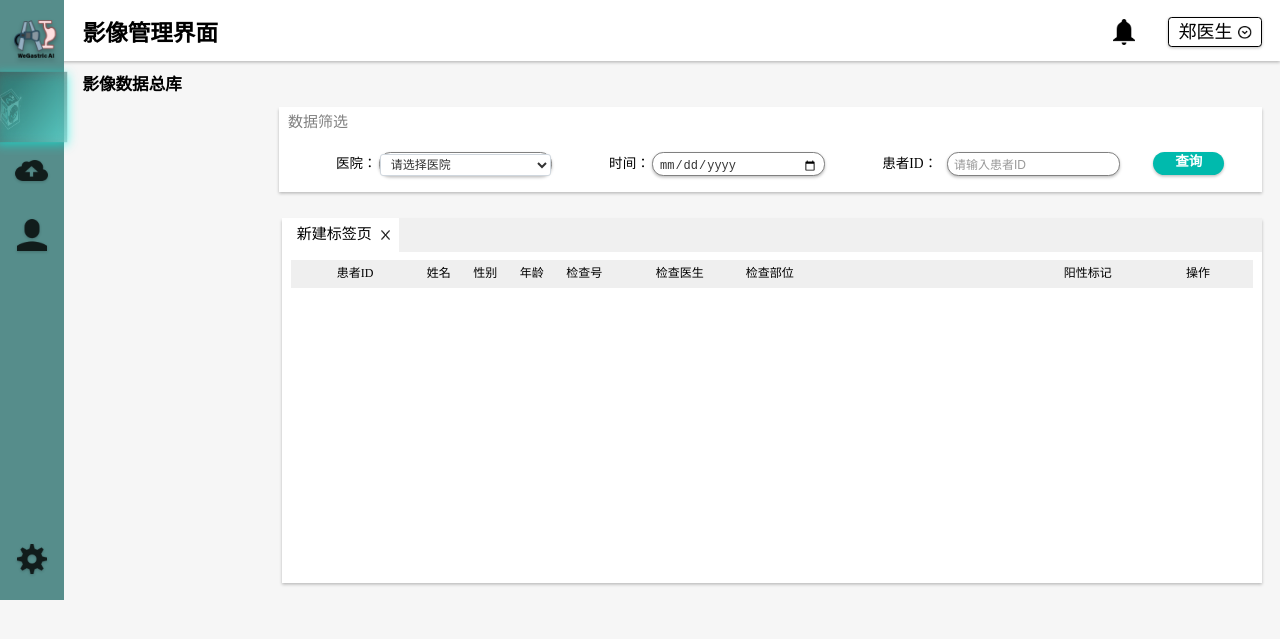
Repository: WuxuLemon/weichaosheng10.15
Page: /yishiduanyingxiangguanli_wushuju
These files come from the project's save history. The page is drawn as it stood at one moment and after the next save; the edit follows.
The browser window is 1280 px wide. The pictures show the whole page.
The project was rebuilt for these pictures with package versions that can differ from the ones it lists, and the page was loaded fresh each time. Also part of the build but not shown: vite.config.js, src/components/Dialog.vue, src/pages/kaishiyemian/kaishiyemian.vue, src/components/PatientHeader.vue, src/components/PatientSidebar.vue, src/pages/yonghuduangerenzhuye/yonghuduangerenzhuye.vue, src/pages/yonghuduanjiankangdangan/yonghuduanjiankangdangan.vue, src/pages/yonghuduanyuyuecanzeyishijiemian/yonghuduanyuyuecanzeyishijiemian.vue and 15 more.

Above is the page before, as saved 2025-10-10 22:29:15.

### index.html
<!DOCTYPE html>
<html lang="en">
  <head>
    <meta charset="UTF-8">
    <link rel="icon" href="/favicon.ico">
    <meta name="viewport" content="width=device-width, initial-scale=1.0, maximum-scale=1.0, user-scalable=no, viewport-fit=cover">
    <title>codefun</title>
  </head>
  <body>
    <div id="app"></div>
    <script type="module" src="/src/main.js"></script>
  </body>
</html>

### src/App.vue
<script setup>
  import { RouterView } from 'vue-router';
</script>

<template>
  <RouterView />
</template>

<style>
    /************************************************************
  ** 请将全局样式拷贝到项目的全局 CSS 文件或者当前页面的顶部 **
  ** 否则页面将无法正常显示                                  **
  ************************************************************/

  /* html font-size 由 rem-adapter.js 动态设置，实现自适应 */
  html {
    /* font-size 将由适配脚本根据屏幕宽度动态计算 */
  }

  body {
    margin: 0;
    font-family: -apple-system, BlinkMacSystemFont, 'Segoe UI', 'Roboto', 'Oxygen', 'Ubuntu', 'Cantarell', 'Fira Sans',
      'Droid Sans', 'Helvetica Neue', 'Microsoft Yahei', sans-serif;
  }

  body * {
    box-sizing: border-box;
    flex-shrink: 0;
  }

  #app {
    width: 100vw;
    height: 100vh;
  }

  .flex-row {
    display: flex;
    flex-direction: row;
  }

  .flex-col {
    display: flex;
    flex-direction: column;
  }

  .justify-start {
    justify-content: flex-start;
  }

  .justify-end {
    justify-content: flex-end;
  }

  .justify-center {
    justify-content: center;
  }

  .justify-between {
    justify-content: space-between;
  }

  .justify-around {
    justify-content: space-around;
  }

  .justify-evenly {
    justify-content: space-evenly;
  }

  .items-start {
    align-items: flex-start;
  }

  .items-end {
    align-items: flex-end;
  }

  .items-center {
    align-items: center;
  }

  .items-baseline {
    align-items: baseline;
  }

  .items-stretch {
    align-items: stretch;
  }

  .self-start {
    align-self: flex-start;
  }

  .self-end {
    align-self: flex-end;
  }

  .self-center {
    align-self: center;
  }

  .self-baseline {
    align-self: baseline;
  }

  .self-stretch {
    align-self: stretch;
  }

  .flex-1 {
    flex: 1 1 0%;
  }

  .flex-auto {
    flex: 1 1 auto;
  }

  .grow {
    flex-grow: 1;
  }

  .grow-0 {
    flex-grow: 0;
  }

  .shrink {
    flex-shrink: 1;
  }

  .shrink-0 {
    flex-shrink: 0;
  }

  .relative {
    position: relative;
  }

  .ml-2 {
    margin-left: 0.13rem;
  }

  .mt-2 {
    margin-top: 0.13rem;
  }

  .ml-4 {
    margin-left: 0.25rem;
  }

  .mt-4 {
    margin-top: 0.25rem;
  }

  .ml-6 {
    margin-left: 0.38rem;
  }

  .mt-6 {
    margin-top: 0.38rem;
  }

  .ml-8 {
    margin-left: 0.5rem;
  }

  .mt-8 {
    margin-top: 0.5rem;
  }

  .ml-10 {
    margin-left: 0.63rem;
  }

  .mt-10 {
    margin-top: 0.63rem;
  }

  .ml-12 {
    margin-left: 0.75rem;
  }

  .mt-12 {
    margin-top: 0.75rem;
  }

  .ml-14 {
    margin-left: 0.88rem;
  }

  .mt-14 {
    margin-top: 0.88rem;
  }

  .ml-16 {
    margin-left: 1rem;
  }

  .mt-16 {
    margin-top: 1rem;
  }

  .ml-18 {
    margin-left: 1.13rem;
  }

  .mt-18 {
    margin-top: 1.13rem;
  }

  .ml-20 {
    margin-left: 1.25rem;
  }

  .mt-20 {
    margin-top: 1.25rem;
  }

  .ml-22 {
    margin-left: 1.38rem;
  }

  .mt-22 {
    margin-top: 1.38rem;
  }

  .ml-24 {
    margin-left: 1.5rem;
  }

  .mt-24 {
    margin-top: 1.5rem;
  }

  .ml-26 {
    margin-left: 1.63rem;
  }

  .mt-26 {
    margin-top: 1.63rem;
  }

  .ml-28 {
    margin-left: 1.75rem;
  }

  .mt-28 {
    margin-top: 1.75rem;
  }

  .ml-30 {
    margin-left: 1.88rem;
  }

  .mt-30 {
    margin-top: 1.88rem;
  }

  .ml-32 {
    margin-left: 2rem;
  }

  .mt-32 {
    margin-top: 2rem;
  }

  .ml-34 {
    margin-left: 2.13rem;
  }

  .mt-34 {
    margin-top: 2.13rem;
  }

  .ml-36 {
    margin-left: 2.25rem;
  }

  .mt-36 {
    margin-top: 2.25rem;
  }

  .ml-38 {
    margin-left: 2.38rem;
  }

  .mt-38 {
    margin-top: 2.38rem;
  }

  .ml-40 {
    margin-left: 2.5rem;
  }

  .mt-40 {
    margin-top: 2.5rem;
  }

  .ml-42 {
    margin-left: 2.63rem;
  }

  .mt-42 {
    margin-top: 2.63rem;
  }

  .ml-44 {
    margin-left: 2.75rem;
  }

  .mt-44 {
    margin-top: 2.75rem;
  }

  .ml-46 {
    margin-left: 2.88rem;
  }

  .mt-46 {
    margin-top: 2.88rem;
  }

  .ml-48 {
    margin-left: 3rem;
  }

  .mt-48 {
    margin-top: 3rem;
  }

  .ml-50 {
    margin-left: 3.13rem;
  }

  .mt-50 {
    margin-top: 3.13rem;
  }

  .ml-52 {
    margin-left: 3.25rem;
  }

  .mt-52 {
    margin-top: 3.25rem;
  }

  .ml-54 {
    margin-left: 3.38rem;
  }

  .mt-54 {
    margin-top: 3.38rem;
  }

  .ml-56 {
    margin-left: 3.5rem;
  }

  .mt-56 {
    margin-top: 3.5rem;
  }

  .ml-58 {
    margin-left: 3.63rem;
  }

  .mt-58 {
    margin-top: 3.63rem;
  }

  .ml-60 {
    margin-left: 3.75rem;
  }

  .mt-60 {
    margin-top: 3.75rem;
  }

  .ml-62 {
    margin-left: 3.88rem;
  }

  .mt-62 {
    margin-top: 3.88rem;
  }

  .ml-64 {
    margin-left: 4rem;
  }

  .mt-64 {
    margin-top: 4rem;
  }

  .ml-66 {
    margin-left: 4.13rem;
  }

  .mt-66 {
    margin-top: 4.13rem;
  }

  .ml-68 {
    margin-left: 4.25rem;
  }

  .mt-68 {
    margin-top: 4.25rem;
  }

  .ml-70 {
    margin-left: 4.38rem;
  }

  .mt-70 {
    margin-top: 4.38rem;
  }

  .ml-72 {
    margin-left: 4.5rem;
  }

  .mt-72 {
    margin-top: 4.5rem;
  }

  .ml-74 {
    margin-left: 4.63rem;
  }

  .mt-74 {
    margin-top: 4.63rem;
  }

  .ml-76 {
    margin-left: 4.75rem;
  }

  .mt-76 {
    margin-top: 4.75rem;
  }

  .ml-78 {
    margin-left: 4.88rem;
  }

  .mt-78 {
    margin-top: 4.88rem;
  }

  .ml-80 {
    margin-left: 5rem;
  }

  .mt-80 {
    margin-top: 5rem;
  }

  .ml-82 {
    margin-left: 5.13rem;
  }

  .mt-82 {
    margin-top: 5.13rem;
  }

  .ml-84 {
    margin-left: 5.25rem;
  }

  .mt-84 {
    margin-top: 5.25rem;
  }

  .ml-86 {
    margin-left: 5.38rem;
  }

  .mt-86 {
    margin-top: 5.38rem;
  }

  .ml-88 {
    margin-left: 5.5rem;
  }

  .mt-88 {
    margin-top: 5.5rem;
  }

  .ml-90 {
    margin-left: 5.63rem;
  }

  .mt-90 {
    margin-top: 5.63rem;
  }

  .ml-92 {
    margin-left: 5.75rem;
  }

  .mt-92 {
    margin-top: 5.75rem;
  }

  .ml-94 {
    margin-left: 5.88rem;
  }

  .mt-94 {
    margin-top: 5.88rem;
  }

  .ml-96 {
    margin-left: 6rem;
  }

  .mt-96 {
    margin-top: 6rem;
  }

  .ml-98 {
    margin-left: 6.13rem;
  }

  .mt-98 {
    margin-top: 6.13rem;
  }

  .ml-100 {
    margin-left: 6.25rem;
  }

  .mt-100 {
    margin-top: 6.25rem;
  }
</style>

### src/pages/yishiduanyingxiangguanli_wushuju/yishiduanyingxiangguanli_wushuju.vue
<script setup>
  import { useRouter } from 'vue-router';
  import { reactive } from 'vue';
  import DoctorHeader from '../../components/DoctorHeader.vue';
  import DoctorSidebar from '../../components/DoctorSidebar.vue';

  const props = defineProps({});

  const router = useRouter();

  // 搜索表单数据
  const searchForm = reactive({
    hospital: '',
    time: '',
    patientId: ''
  });

  // 医院选项列表
  const hospitalOptions = [
    '潮南民生医院',
    '潮阳区西胪镇卫生院',
    '潮阳区大峰医院'
  ];

  // 搜索查询
  const handleSearch = () => {
    // 验证必填字段（患者ID改为非必填）
    if (!searchForm.hospital) {
      alert('请选择医院');
      return;
    }
    if (!searchForm.time) {
      alert('请选择时间');
      return;
    }
    // 患者ID为非必填项，可以为空
    // 跳转到有数据页面
    router.push('/yishiduanyingxiagguanli_youshuju');
  };
</script>

<template>
  <div class="flex-col justify-start relative page">
    <div class="flex-col justify-start relative group">
      <DoctorHeader username="郑医生" />
      <DoctorSidebar
        :icons="{
          imageManagement: '/38613669de93514860085073aeb36bf7.png',
          aiAnalysis: '/6bf0725bccf09ab50326902f5a6b74e9.png',
          dataLibrary: '/16c621b9ca6c7b6992be19a88ebbb482.png',
          settings: '/c4e478531ee76689a7b3fae7643a7faa.png'
        }"
      />
      <img
        class="image pos_2"
        src="/404328c3067e67794ebad8ca57c1c196.png"
      />
      <span class="text pos_3">影像管理界面</span>
      <span class="text_3 pos_4">影像数据总库</span>
    </div>
    <div class="flex-col section_4 pos_5">
      <span class="self-start font text_4">数据筛选</span>
      <div class="flex-row self-stretch group_2 mt-29">
        <div class="flex-row items-center">
          <span class="font_2">医院：</span>
          <div class="shrink-0 section_5 ml-3">
            <select
              v-model="searchForm.hospital"
              class="search-input"
            >
              <option value="">请选择医院</option>
              <option v-for="hospital in hospitalOptions" :key="hospital" :value="hospital">
                {{ hospital }}
              </option>
            </select>
          </div>
        </div>
        <div class="flex-row items-center group_3">
          <span class="font_2 text_5">时间：</span>
          <div class="shrink-0 section_5 ml-3">
            <input
              v-model="searchForm.time"
              type="date"
              class="search-input"
            />
          </div>
        </div>
        <div class="flex-row items-center group_4">
          <span class="font_2 text_6">患者ID：</span>
          <div class="shrink-0 section_5 ml-13">
            <input
              v-model="searchForm.patientId"
              type="text"
              class="search-input"
              placeholder="请输入患者ID"
            />
          </div>
        </div>
        <div class="flex-col justify-start items-center text-wrapper" @click="handleSearch" style="cursor: pointer;">
          <span class="font_2 text_7">查询</span>
        </div>
      </div>
    </div>
    <div class="flex-col section_6 pos_6">
      <div class="flex-row items-center group_5">
        <span class="font text_8">新建标签页</span>
        <img
          class="ml-12 shrink-0 image_7"
          src="/5f77939f9d70648dcbdff2d524532d40.png"
        />
        <div class="ml-12 flex-1 section_7"></div>
      </div>
      <div class="flex-row justify-between section_8">
        <div class="flex-row">
          <span class="font_3 text_9">患者ID</span>
          <div class="flex-row shrink-0 ml-71">
            <span class="font_3 text_10">姓名</span>
            <span class="ml-30 font_3 text_11">性别</span>
            <span class="ml-30 font_3 text_12">年龄</span>
            <span class="ml-30 font_3">检查号</span>
          </div>
          <div class="flex-row shrink-0 ml-71">
            <span class="font_3">检查医生</span>
            <span class="ml-56 font_3">检查部位</span>
          </div>
        </div>
        <div class="flex-row">
          <span class="font_3 text_13">阳性标记</span>
          <span class="font_3 text_14 ml-99">操作</span>
        </div>
      </div>
    </div>
  </div>
</template>

<style scoped lang="css">
  .mt-29 {
    margin-top: 1.81rem;
  }
  .ml-3 {
    margin-left: 0.19rem;
  }
  .ml-13 {
    margin-left: 0.81rem;
  }
  .ml-71 {
    margin-left: 4.44rem;
  }
  .ml-99 {
    margin-left: 6.19rem;
  }
  .page {
    background-color: #e5e5e559;
    width: 100%;
    overflow-y: auto;
    overflow-x: hidden;
    height: 100%;
  }
  .group {
    padding-bottom: 44.94rem;
  }
  .section {
    padding: 1.44rem 1.5rem 1.13rem;
    background-color: #ffffff;
    box-shadow: 0rem 0.13rem 0.25rem #00000040;
  }
  .image_2 {
    width: 1.88rem;
    height: 2.13rem;
  }
  .section_3 {
    padding: 0.5rem 0.75rem;
    filter: drop-shadow(0rem 0.13rem 0.13rem #00000040);
    background-color: #ffffff;
    border-radius: 0.31rem;
    height: 2.5rem;
    border-left: solid 0.063rem #000000;
    border-right: solid 0.063rem #000000;
    border-top: solid 0.063rem #000000;
    border-bottom: solid 0.063rem #000000;
  }
  .text_2 {
    color: #000000;
    font-size: 1.5rem;
    font-family: SourceHanSansCN;
    line-height: 1.38rem;
  }
  .image_3 {
    margin-right: 0.13rem;
    width: 1.13rem;
    height: 1.06rem;
  }
  .section_2 {
    padding: 6.25rem 0 2.19rem;
    background-color: #568d8b;
  }
  .pos {
    position: absolute;
    left: 0;
    top: 0;
  }
  .image_4 {
    opacity: 0.8;
    filter: drop-shadow(0rem 0.13rem 0.13rem #00000040);
    width: 5.31rem;
    height: 5.31rem;
  }
  .image_5 {
    margin-top: 1.75rem;
    width: 2.75rem;
    height: 1.81rem;
  }
  .image_6 {
    margin-top: 3.13rem;
    width: 2.5rem;
    height: 2.63rem;
  }
  .image_8 {
    margin-top: 24.44rem;
    width: 2.5rem;
    height: 2.5rem;
  }
  .image {
    filter: drop-shadow(0rem 0.25rem 0.19rem #00000040);
    width: 11rem;
    height: 11rem;
  }
  .pos_2 {
    position: absolute;
    left: -2.5rem;
    top: -2.5rem;
  }
  .text {
    color: #000000;
    font-size: 1.88rem;
    font-family: SourceHanSansCN;
    font-weight: 700;
    line-height: 1.79rem;
  }
  .pos_3 {
    position: absolute;
    left: 6.89rem;
    top: 1.88rem;
  }
  .text_3 {
    color: #000000;
    font-size: 1.38rem;
    font-family: SourceHanSansCN;
    font-weight: 700;
    line-height: 1.3rem;
  }
  .pos_4 {
    position: absolute;
    left: 6.87rem;
    top: 6.45rem;
  }
  .section_4 {
    padding: 0.75rem 0.75rem 1.38rem;
    background-color: #ffffff;
    box-shadow: 0rem 0.13rem 0.25rem #00000040;
  }
  .pos_5 {
    position: absolute;
    right: 1.5rem;
    top: 8.94rem;
  }
  .font {
    font-size: 1.25rem;
    font-family: SourceHanSansCN;
    line-height: 1.16rem;
  }
  .text_4 {
    color: #808080;
  }
  .group_2 {
    padding-left: 4rem;
    padding-right: 2.38rem;
  }
  .font_2 {
    font-size: 1.13rem;
    font-family: SourceHanSansCN;
    line-height: 1.04rem;
    color: #000000;
  }
  .section_5 {
    background-color: #ffffff;
    border-radius: 0.94rem;
    box-shadow: 0rem 0.13rem 0.25rem #00000040;
    width: 14.44rem;
    height: 2rem;
    border-left: solid 0.063rem #808080;
    border-right: solid 0.063rem #808080;
    border-top: solid 0.063rem #808080;
    border-bottom: solid 0.063rem #808080;
  }
  .group_3 {
    margin-left: 4.75rem;
  }
  .text_5 {
    line-height: 1.03rem;
  }
  .group_4 {
    margin-left: 4.75rem;
  }
  .text_6 {
    line-height: 1.03rem;
  }
  .text-wrapper {
    margin-left: 2.75rem;
    padding: 0.38rem 0 0.5rem;
    background-color: #00baad;
    border-radius: 1.36rem;
    box-shadow: 0rem 0.13rem 0.25rem #00000040;
    width: 5.94rem;
    height: 1.94rem;
  }
  .text_7 {
    color: #ffffff;
    font-weight: 700;
    line-height: 1.05rem;
  }
  .section_6 {
    padding-left: 0.75rem;
    padding-bottom: 24.63rem;
    background-color: #ffffff;
    box-shadow: 0rem 0.13rem 0.25rem #00000040;
    width: 81.69rem;
  }
  .pos_6 {
    position: absolute;
    right: 1.5rem;
    top: 18.13rem;
  }
  .group_5 {
    padding-left: 0.5rem;
    padding-bottom: 0.63rem;
  }
  .text_8 {
    color: #000000;
  }
  .image_7 {
    width: 0.81rem;
    height: 0.81rem;
  }
  .section_7 {
    background-color: #f0f0f0;
    height: 2.88rem;
  }
  .section_8 {
    margin-right: 0.75rem;
    padding: 0.63rem 3.5rem 0.63rem 3.75rem;
    background-color: #e5e5e599;
    border-left: solid 0.063rem #efefef;
    border-right: solid 0.063rem #efefef;
    border-top: solid 0.063rem #efefef;
    border-bottom: solid 0.063rem #efefef;
  }
  .font_3 {
    font-size: 1rem;
    font-family: SourceHanSansCN;
    line-height: 0.93rem;
    color: #000000;
  }
  .text_9 {
    line-height: 0.92rem;
  }
  .text_10 {
    line-height: 0.92rem;
  }
  .text_11 {
    line-height: 0.92rem;
  }
  .text_12 {
    line-height: 0.93rem;
  }
  .text_13 {
    line-height: 0.92rem;
  }
  .text_14 {
    line-height: 0.92rem;
  }

  /* 下拉菜单样式 */
  .dropdown-menu {
    position: absolute;
    top: 100%;
    right: 0;
    margin-top: 0.5rem;
    background: white;
    border-radius: 0.5rem;
    box-shadow: 0 0.25rem 0.5rem rgba(0, 0, 0, 0.2);
    min-width: 10rem;
    z-index: 1000;
  }

  .dropdown-item {
    padding: 0.75rem 1rem;
    cursor: pointer;
    transition: background-color 0.3s;
    font-size: 1rem;
    color: #333;
  }

  .dropdown-item:hover {
    background-color: #f0f0f0;
  }

  .dropdown-item:first-child {
    border-radius: 0.5rem 0.5rem 0 0;
  }

  .dropdown-item:last-child {
    border-radius: 0 0 0.5rem 0.5rem;
  }

  /* 通知中心样式 */
  .notification-panel {
    position: absolute;
    top: 100%;
    right: 10rem;
    margin-top: 0.5rem;
    background: white;
    border-radius: 0.5rem;
    box-shadow: 0 0.25rem 0.5rem rgba(0, 0, 0, 0.2);
    width: 25rem;
    max-height: 30rem;
    overflow-y: auto;
    z-index: 1000;
  }

  .notification-header {
    display: flex;
    justify-content: space-between;
    align-items: center;
    padding: 1rem;
    border-bottom: 1px solid #e5e5e5;
    font-weight: 600;
    font-size: 1.1rem;
  }

  .clear-btn {
    color: #00baad;
    cursor: pointer;
    font-size: 0.9rem;
    font-weight: normal;
  }

  .clear-btn:hover {
    text-decoration: underline;
  }

  .notification-list {
    max-height: 25rem;
    overflow-y: auto;
  }

  .notification-item {
    padding: 0.75rem 1rem;
    border-bottom: 1px solid #f0f0f0;
    cursor: pointer;
    transition: background-color 0.3s;
  }

  .notification-item:hover {
    background-color: #f9f9f9;
  }

  .notification-item.unread {
    background-color: #e6f7ff;
  }

  .notification-message {
    font-size: 1rem;
    color: #333;
    margin-bottom: 0.25rem;
  }

  .notification-time {
    font-size: 0.85rem;
    color: #999;
  }

  .no-notification {
    padding: 2rem;
    text-align: center;
    color: #999;
  }

  /* 搜索输入框样式 */
  .search-input {
    width: 100%;
    height: 100%;
    border: none;
    outline: none;
    background: transparent;
    padding: 0 0.5rem;
    font-size: 1rem;
    color: #333;
  }

  .search-input::placeholder {
    color: #999;
  }

  select.search-input {
    appearance: auto;
    cursor: pointer;
    background-color: white;
    border: 0.063rem solid #d0d7de;
    border-radius: 0.25rem;
  }

  select.search-input:hover {
    border-color: #4bbdb5;
  }

  select.search-input:focus {
    border-color: #4bbdb5;
    box-shadow: 0 0 0 0.125rem rgba(75, 189, 181, 0.1);
  }
</style>

### src/components/DoctorSidebar.vue
<template>
  <div class="flex-col items-center sidebar-section">
    <img
      class="sidebar-icon"
      :class="{ 'active': isImageManagementActive }"
      :src="icons.imageManagement"
      @click="navigateToImageManagement"
      style="cursor: pointer;"
      title="影像管理"
    />
    <img
      class="sidebar-icon mt-lg"
      :class="{ 'active': isAIAnalysisActive }"
      :src="icons.aiAnalysis"
      @click="navigateToAIAnalysis"
      style="cursor: pointer;"
      title="共享数据库"
    />
    <img
      class="sidebar-icon mt-md"
      :class="{ 'active': isDataLibraryActive }"
      :src="icons.dataLibrary"
      @click="navigateToDataLibrary"
      style="cursor: pointer;"
      title="个人主页"
    />
    <img
      class="sidebar-icon mt-xl"
      :src="icons.settings"
      @click="showSettingsSaved"
      style="cursor: pointer;"
      title="设置"
    />

    <!-- 设置保存提示弹窗 -->
    <div v-if="showSettingsDialog" class="settings-dialog">
      <div class="settings-dialog-content">
        <div class="success-icon">✓</div>
        <div class="success-text">设置已保存</div>
      </div>
    </div>
  </div>
</template>

<script setup>
import { ref, computed } from 'vue';
import { useRouter, useRoute } from 'vue-router';

const props = defineProps({
  icons: {
    type: Object,
    default: () => ({
      imageManagement: '/473bcf1bc96d2de4de3c5903044be3b9.png',
      aiAnalysis: '/6bf0725bccf09ab50326902f5a6b74e9.png',
      dataLibrary: '/16c621b9ca6c7b6992be19a88ebbb482.png',
      settings: '/c4e478531ee76689a7b3fae7643a7faa.png'
    })
  }
});

const router = useRouter();
const route = useRoute();
const showSettingsDialog = ref(false);

// 判断当前路由是否激活对应按钮
const isImageManagementActive = computed(() => {
  return route.path.includes('yingxiang') || route.path.includes('zhineng');
});

const isAIAnalysisActive = computed(() => {
  return route.path.includes('gongxiaku');
});

const isDataLibraryActive = computed(() => {
  return route.path.includes('gerenzhuye');
});

const navigateToImageManagement = () => {
  router.push('/yishiduanyingxiangguanli_wushuju');
};

const navigateToAIAnalysis = () => {
  router.push('/yishiduangongxiaku_chushijiemian');
};

const navigateToDataLibrary = () => {
  router.push('/yishiduangerenzhuye');
};

const showSettingsSaved = () => {
  showSettingsDialog.value = true;
  // 2秒后自动关闭
  setTimeout(() => {
    showSettingsDialog.value = false;
  }, 2000);
};
</script>

<style scoped>
.sidebar-section {
  padding: 6.25rem 0 2.19rem;
  background-color: #568d8b;
  position: absolute;
  left: 0;
  top: 0;
  min-height: 100%;
  width: 5.31rem;
}

.sidebar-icon {
  opacity: 0.8;
  filter: drop-shadow(0rem 0.13rem 0.13rem #00000040);
  transition: all 0.3s ease;
}

.sidebar-icon.active {
  opacity: 1;
  filter: drop-shadow(0rem 0.2rem 0.4rem #00baad) brightness(1.3);
  transform: scale(1.1);
}

.sidebar-icon:first-child {
  width: 5.31rem;
  height: 5.31rem;
}

.mt-lg {
  margin-top: 1.75rem;
  width: 2.75rem;
  height: 1.81rem;
}

.mt-md {
  margin-top: 3.13rem;
  width: 2.5rem;
  height: 2.63rem;
}

.mt-xl {
  margin-top: 24.44rem;
  width: 2.5rem;
  height: 2.5rem;
}

/* 设置保存提示弹窗 */
.settings-dialog {
  position: fixed;
  top: 50%;
  left: 50%;
  transform: translate(-50%, -50%);
  z-index: 10000;
}

.settings-dialog-content {
  background: white;
  padding: 2rem 3rem;
  border-radius: 0.5rem;
  box-shadow: 0 0.5rem 1.5rem rgba(0, 0, 0, 0.3);
  display: flex;
  flex-direction: column;
  align-items: center;
  gap: 1rem;
}

.success-icon {
  width: 3rem;
  height: 3rem;
  background: #00baad;
  border-radius: 50%;
  display: flex;
  align-items: center;
  justify-content: center;
  color: white;
  font-size: 2rem;
  font-weight: bold;
}

.success-text {
  font-size: 1.2rem;
  color: #333;
  font-weight: 600;
}
</style>

Loaded but not shown: src/router/index.js (131 lines, source omitted); src/utils/rem-adapter.js (74 lines, source omitted); src/utils/rem-config.js (33 lines, source omitted); src/main.js (13 lines, source omitted); src/components/DoctorHeader.vue (499 lines, source omitted)

After the next save:
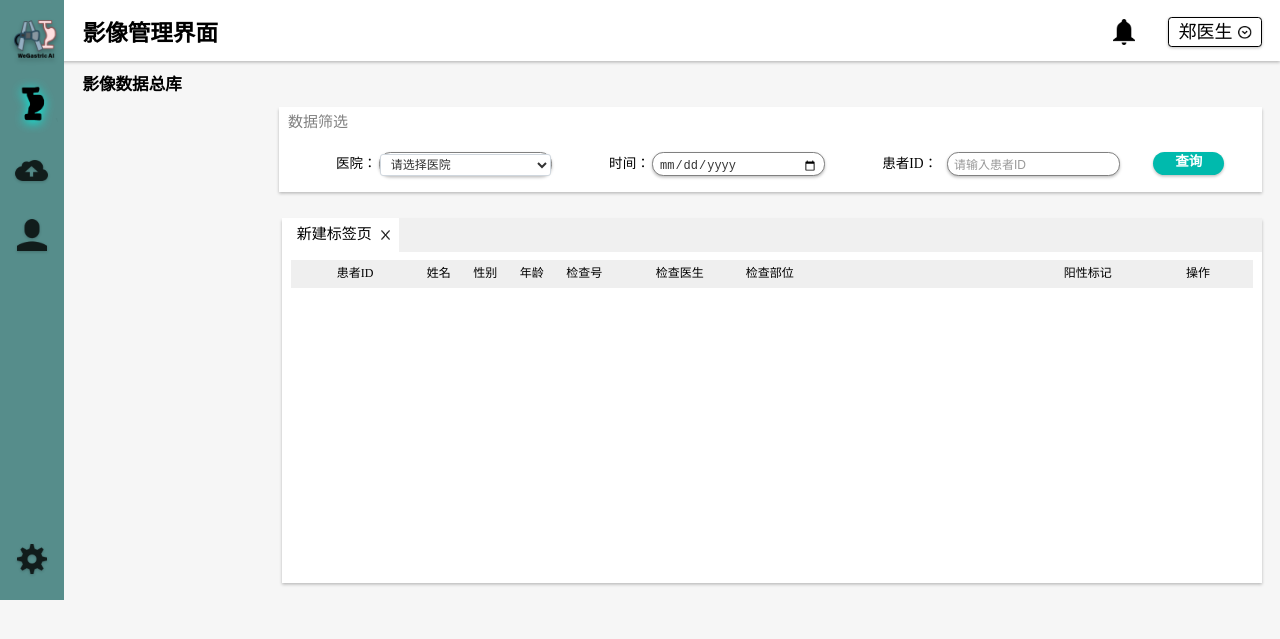
Saved 4 min 53 s later.
--- a/src/pages/yishiduanyingxiangguanli_wushuju/yishiduanyingxiangguanli_wushuju.vue
+++ b/src/pages/yishiduanyingxiangguanli_wushuju/yishiduanyingxiangguanli_wushuju.vue
@@ -45,7 +45,7 @@
       <DoctorHeader username="郑医生" />
       <DoctorSidebar
         :icons="{
-          imageManagement: '/38613669de93514860085073aeb36bf7.png',
+          imageManagement: '/4cc0b44883df90d8799c16e182ae1348.png',
           aiAnalysis: '/6bf0725bccf09ab50326902f5a6b74e9.png',
           dataLibrary: '/16c621b9ca6c7b6992be19a88ebbb482.png',
           settings: '/c4e478531ee76689a7b3fae7643a7faa.png'
